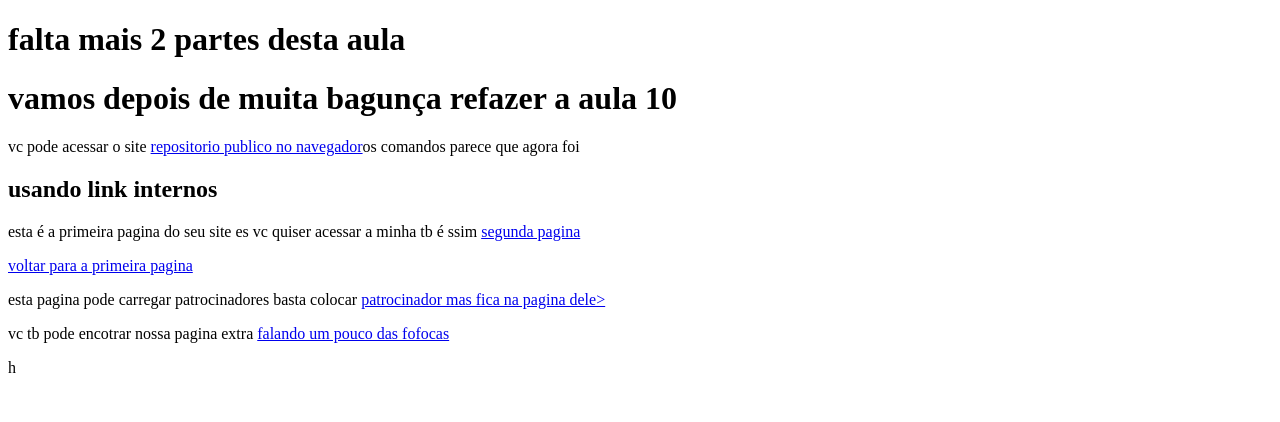
Repository: DorivalJunior14/exercicios
Page: aula10.html/pagoo2.html
An editor plug-in stored every save of this project. The page is shown before and after a run of saves, followed by the edit.
The browser window is 1280 px wide. The pictures show the whole page.

Above is the page before, as saved 2020-12-08 11:08:38.

### aula10.html/pagoo2.html
<!DOCTYPE html>
<html lang="pt-br">
  <head>
    <meta charset="utf-8">
    <title>pag002.html</title>
  </head>
  <body>
    <h1>falta mais 2 partes desta aula</h1><!--que vai ser continuada aqui-->
  <h1>vamos depois de muita bagunça refazer a aula 10</h1>
    <p>vc pode acessar o site <a href="https://www.facebook.com/junior.muccillo" target="_blank"rel="external">repositorio publico no navegador</a>os comandos parece que agora foi</p>
    <h2>usando link internos</h2>
  <p> esta é a primeira pagina do seu site es vc quiser acessar a minha tb é ssim <a href="pagoo2.html"rel="next">segunda pagina</a> </p>
  <p><a href="index.html" rel="prev">voltar para a primeira pagina</a></p>
  <p>esta pagina pode carregar patrocinadores basta colocar
    <a href="#"target="_blank"rel="nofollow">patrocinador mas fica na pagina dele></a>
  </p><!-- o patrocinador não fica vinculado ou direto na pagina dele, vc pode desconsiderar-->
  <p>vc tb pode encotrar nossa pagina extra <a href="noticias/pag003.html">falando um pouco das fofocas </a></p>
  h
</body>
</html>

After the next 11 saves:
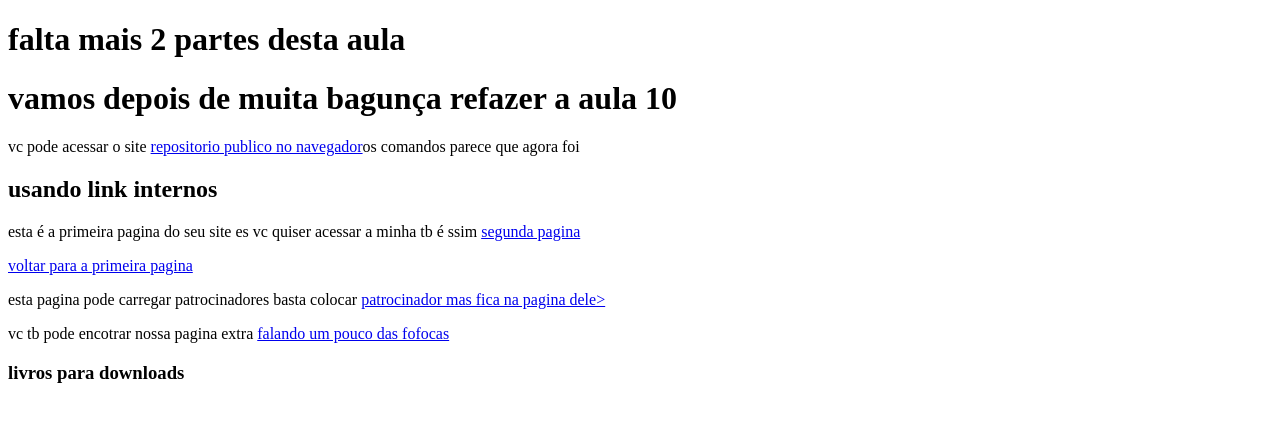
The 11 saves are shown as one change because they came seconds apart.
The last was saved 18 s later.
--- a/aula10.html/pagoo2.html
+++ b/aula10.html/pagoo2.html
@@ -15,6 +15,6 @@
     <a href="#"target="_blank"rel="nofollow">patrocinador mas fica na pagina dele></a>
   </p><!-- o patrocinador não fica vinculado ou direto na pagina dele, vc pode desconsiderar-->
   <p>vc tb pode encotrar nossa pagina extra <a href="noticias/pag003.html">falando um pouco das fofocas </a></p>
-  h
+  <h3>livros para downloads</h3>
 </body>
 </html>
